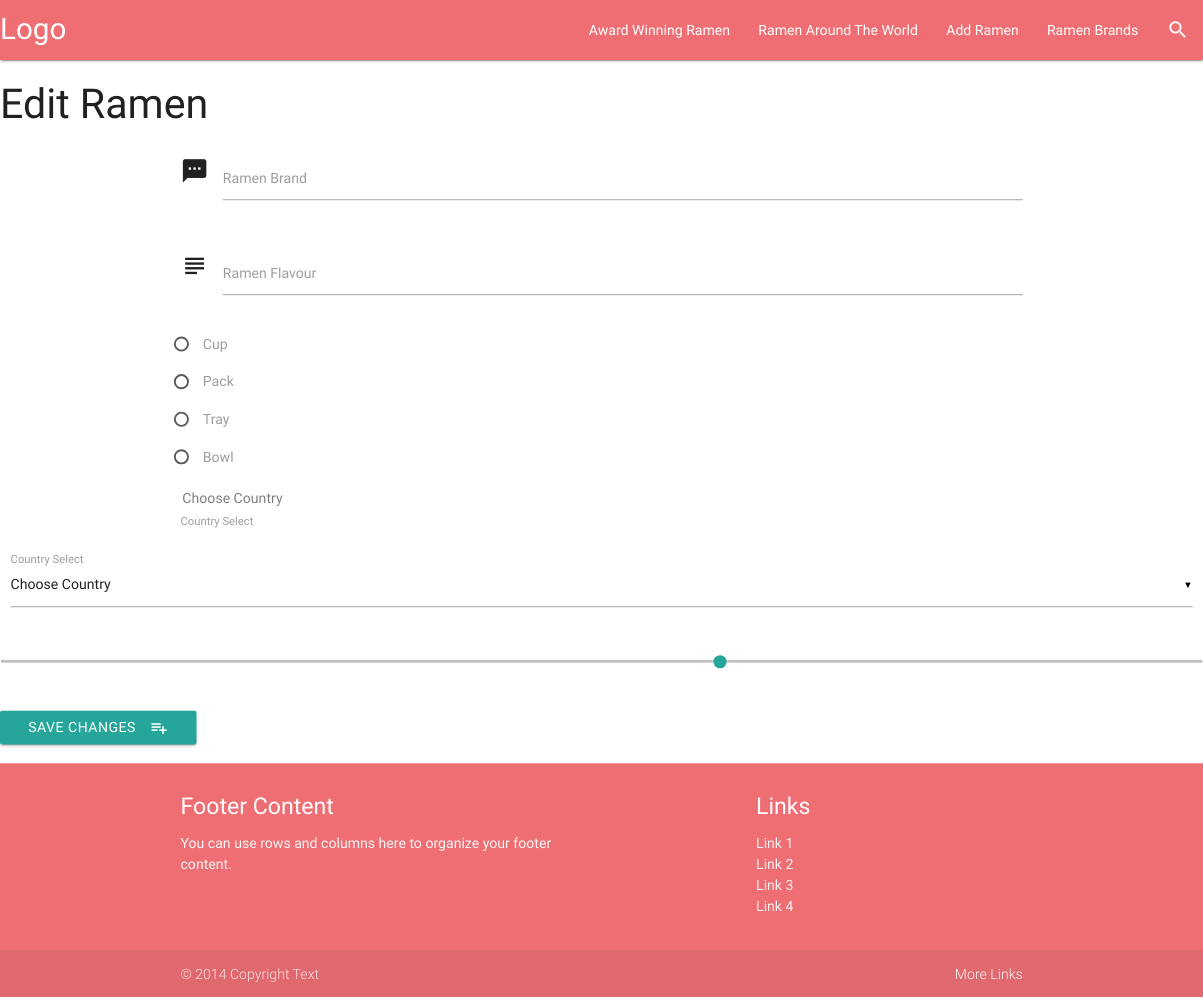
Repository: Paddlepop25/codeinstitute-insta-ramen
Page: templates/edit_ramen.html
The author's editor kept a record of every edit. The page is drawn from the files as they stood at one moment, then again after the next edit.
The browser window is 1280 px wide. The pictures show the whole page, at 94% of full size.
Some web libraries are served in a nearby version. The page is served by the project's application, run on Flask 3 (app.py). The template is opened directly, without the code that normally fills it, so the values that code supplies are empty.

Above is the page before.

### templates/edit_ramen.html
{% extends 'index.html' %} {% block content %}

<h3>Edit Ramen</h3>
<div class="container">

  <div class="row">

    <form action="{{ url_for('insert_ramen', ramen_id=ramen._id) }}" method="POST" class="col s12">

      <div class="row">
        <div class="input-field col s12">
          <i class="material-icons prefix">textsms</i>
          <input id="Brand" name="Brand" type="text" value="{{ramen.Brand}}">
          <label for="ramen_brand">Ramen Brand</label>
        </div>
      </div>

      <div class="row">
        <div class="input-field col s12">
          <i class="material-icons prefix">subject</i>
          <input id="Flavour" name="Flavour" type="text" value="{{ramen.Flavour}}">
          <label for="ramen_flavour">Ramen Flavour</label>
        </div>
      </div>

      <div class="row">
        <p>
          {% set ramen_style = request.form['Style'] %} {{ ramen_style }} {% if ramen_style == "Cup" %}
          <input class="with-gap" name="Style" type="radio" id="cup" value="Cup" checked/> {% else %}
          <input class="with-gap" name="Style" type="radio" id="cup" value="Cup" /> {% endif %}
          <label for="cup">Cup</label>
        </p>
        <p>
          {% if ramen_style == "Pack" %}
          <input class="with-gap" name="Style" type="radio" id="pack" value="Pack" checked/> {% else %}
          <input class="with-gap" name="Style" type="radio" id="pack" value="Pack" /> {% endif %}
          <label for="pack">Pack</label>
        </p>
        <p>
          {% if ramen_style == "Tray" %}
          <input class="with-gap" name="Style" type="radio" id="tray" value="Tray" checked/> {% else %}
          <input class="with-gap" name="Style" type="radio" id="tray" value="Tray" /> {% endif %}
          <label for="tray">Tray</label>
        </p>
        <p>
          {% if ramen_style == "Bowl" %}
          <input class="with-gap" name="Style" type="radio" id="bowl" value="Bowl" checked/> {% else %}
          <input class="with-gap" name="Style" type="radio" id="bowl" value="Bowl" /> {% endif %}
          <label for="bowl">Bowl</label>
        </p>
      </div>


          <option selected disabled value>Choose Country</option>
                    {% for ramen in Country %}
                        {% if ramen_country.Country == ramen.Country %}
                            <option value="{{ ramen_country.Country }}" selected>{{ ramen_country.Country }}</option>
                        {% else %}
                            <option value="{{ ramen_country.Country }}" >{{ ramen_country.Country }}</option>
                        {% endif %}
                    {% endfor %}
        </select>
          <label>Country Select</label>
        </div>
      </div>

      <div class="row">
        <div class="input-field col s12">
          <select id="Country" name="Country" required>
          <option value disabled selected>Choose Country</option>
          <!---->
          {% for ramen in countries %}
              <option value="{{ ramen.Country }}" >{{ ramen.Country }}</option>
          {% endfor %}
        </select>
          <label>Country Select</label>
        </div>
      </div>


      <div class="row">
        <p class="range-field">
          <input type="range" id="Stars" name="Stars" min="0" max="5" value="{{ramen.Stars}}" />
        </p>
      </div>

      <div class="row">
        <button class="btn waves-effect waves-light" type="submit" name="action">Save Changes
        <i class="material-icons right">playlist_add</i>
      </button>
      </div>

    </form>

  </div>
</div>
{% endblock %}

### templates/index.html
<!DOCTYPE html>
<html>

<head>
  <link href="https://fonts.googleapis.com/icon?family=Material+Icons" rel="stylesheet">
  <link rel="stylesheet" href="https://cdnjs.cloudflare.com/ajax/libs/materialize/0.100.2/css/materialize.min.css">
</head>

<body>
  <header>
    <nav>
      <div class="nav-wrapper">
        <a href="{{url_for('home_page')}}" class="brand-logo">Logo</a>
        <ul id="nav-mobile" class="right hide-on-med-and-down">
          <li><a href="{{url_for('award_winning')}}">Award Winning Ramen</a></li>
          <li><a href="{{url_for('get_ramen')}}">Ramen Around The World</a></li>
          <li><a href="{{url_for('add_ramen')}}">Add Ramen</a></li>
          <li><a href="{{url_for('get_brands')}}">Ramen Brands</a></li>
          <li><a href="sass.html"><i class="material-icons">search</i></a></li>
        </ul>
      </div>
    </nav>
  </header>
  {% block content %} {% endblock %}
  <footer class="page-footer">
          <div class="container">
            <div class="row">
              <div class="col l6 s12">
                <h5 class="white-text">Footer Content</h5>
                <p class="grey-text text-lighten-4">You can use rows and columns here to organize your footer content.</p>
              </div>
              <div class="col l4 offset-l2 s12">
                <h5 class="white-text">Links</h5>
                <ul>
                  <li><a class="grey-text text-lighten-3" href="#!">Link 1</a></li>
                  <li><a class="grey-text text-lighten-3" href="#!">Link 2</a></li>
                  <li><a class="grey-text text-lighten-3" href="#!">Link 3</a></li>
                  <li><a class="grey-text text-lighten-3" href="#!">Link 4</a></li>
                </ul>
              </div>
            </div>
          </div>
          <div class="footer-copyright">
            <div class="container">
            © 2014 Copyright Text
            <a class="grey-text text-lighten-4 right" href="#!">More Links</a>
            </div>
          </div>
        </footer>
  <script src="https://cdnjs.cloudflare.com/ajax/libs/jquery/3.2.1/jquery.min.js"></script>
  <script src="https://cdnjs.cloudflare.com/ajax/libs/materialize/0.100.2/js/materialize.min.js"></script>
  <!--<script type="text/javascript" src="./static/scripts/app.js"></script>-->
  <script type="text/javascript">
  $(document).ready(function(){
    $('select').material_select();
  });
  </script>
</body>

</html>

### app.py
import os
from flask import Flask, render_template, redirect, request, url_for
from flask_pymongo import PyMongo
from bson.objectid import ObjectId

app = Flask(__name__)

app.config['MONGO_DBNAME'] = 'ramen_database'
app.config["MONGO_URI"] = 'mongodb+srv://root:r00tUser@cluster0-mg1xb.mongodb.net/ramen_database?retryWrites=true&w=majority'

mongo = PyMongo(app)

@app.route('/')
@app.route('/home_page')
def home_page():
    return render_template('index.html')

@app.route('/award_winning')
def award_winning():
    return render_template('award_winning.html')

@app.route('/get_ramen')
def get_ramen():
    selections=mongo.db.selections.find()
    return render_template('ramen.html', selections=selections)

@app.route('/add_ramen')
def add_ramen():
    return render_template('add_ramen.html', countries=mongo.db.countries.find())

@app.route('/insert_ramen', methods=['POST'])
def insert_ramen():
    new_ramen = mongo.db.selections
    new_ramen.insert_one(request.form.to_dict())
    return redirect(url_for('get_ramen'))

@app.route('/edit_ramen/<ramen_id>', methods=['POST', 'GET'])
def edit_ramen(ramen_id):
    edit_ramen = mongo.db.selections.find_one({"_id": ObjectId(ramen_id)})
    countries = mongo.db.countries.find()
    all_brands = mongo.db.brands.find()
    return render_template('edit_ramen.html', ramen=edit_ramen,
                          brands=all_brands, countries=countries)

@app.route('/update_ramen/<ramen_id>', methods=["POST"])
def update_ramen(ramen_id):
    the_ramen = mongo.db.selections
    the_ramen.update( {'_id': ObjectId(ramen_id)},
    {
        'Brand': request.form.get('Brand'),
        'Flavour':request.form.get('Flavour'),
        'Style': request.form.get('Style'),
        'Country':request.form.get('Country'),
        'Stars':request.form.get('Stars')
    })
    return redirect(url_for('get_ramen'))

@app.route('/delete_ramen/<ramen_id>')
def delete_ramen(ramen_id):
    mongo.db.selections.remove({'_id': ObjectId(ramen_id)})
    return redirect(url_for('get_ramen'))

@app.route('/get_brands')
def get_brands():
    return render_template('brands.html',
                            brands=mongo.db.brands.find())

if __name__ == '__main__':
    app.run(host=os.environ.get('IP'),
            port=int(os.environ.get('PORT')),
            debug=True)

After the next edit:
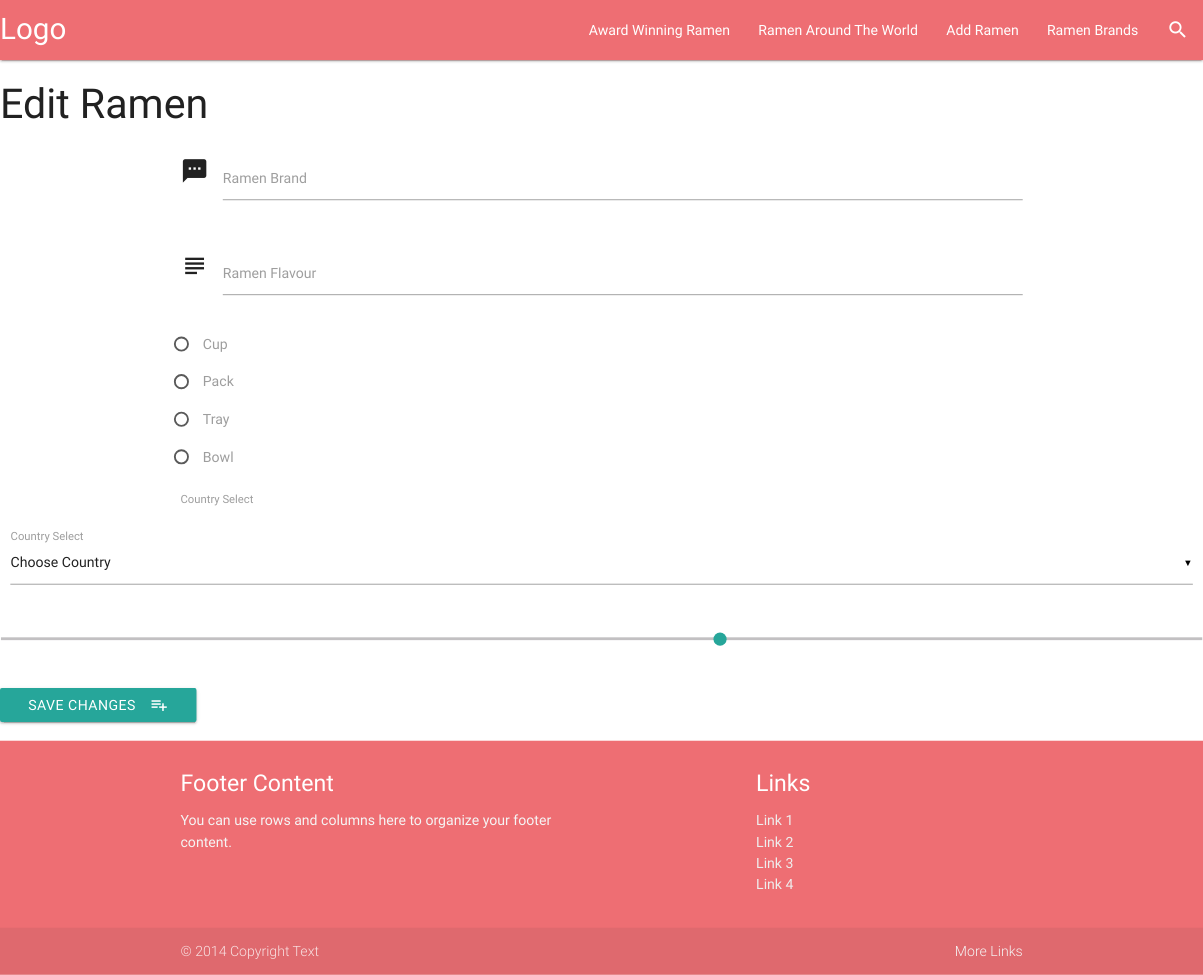
The edit:
--- a/templates/edit_ramen.html
+++ b/templates/edit_ramen.html
@@ -51,7 +51,7 @@
       </div>
 
 
-          <option selected disabled value>Choose Country</option>
+
                     {% for ramen in Country %}
                         {% if ramen_country.Country == ramen.Country %}
                             <option value="{{ ramen_country.Country }}" selected>{{ ramen_country.Country }}</option>
